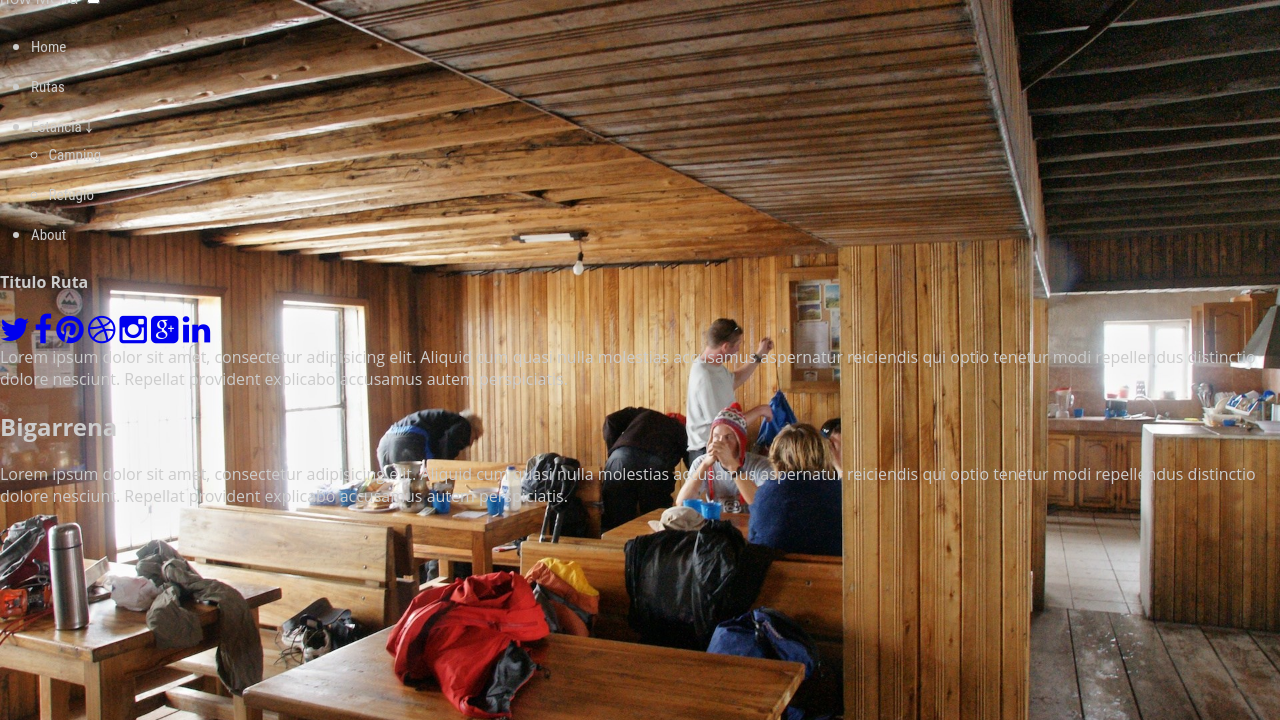
Repository: Croqueta-OPS/proyecto-pyrenees
Page: alojamiento2.html
The author's editor kept a record of every edit. The page is drawn from the files as they stood at one moment, then again after the next edit.
The browser window is 1280 px wide. The pictures show the whole page.

Above is the page before.

After the next edit:
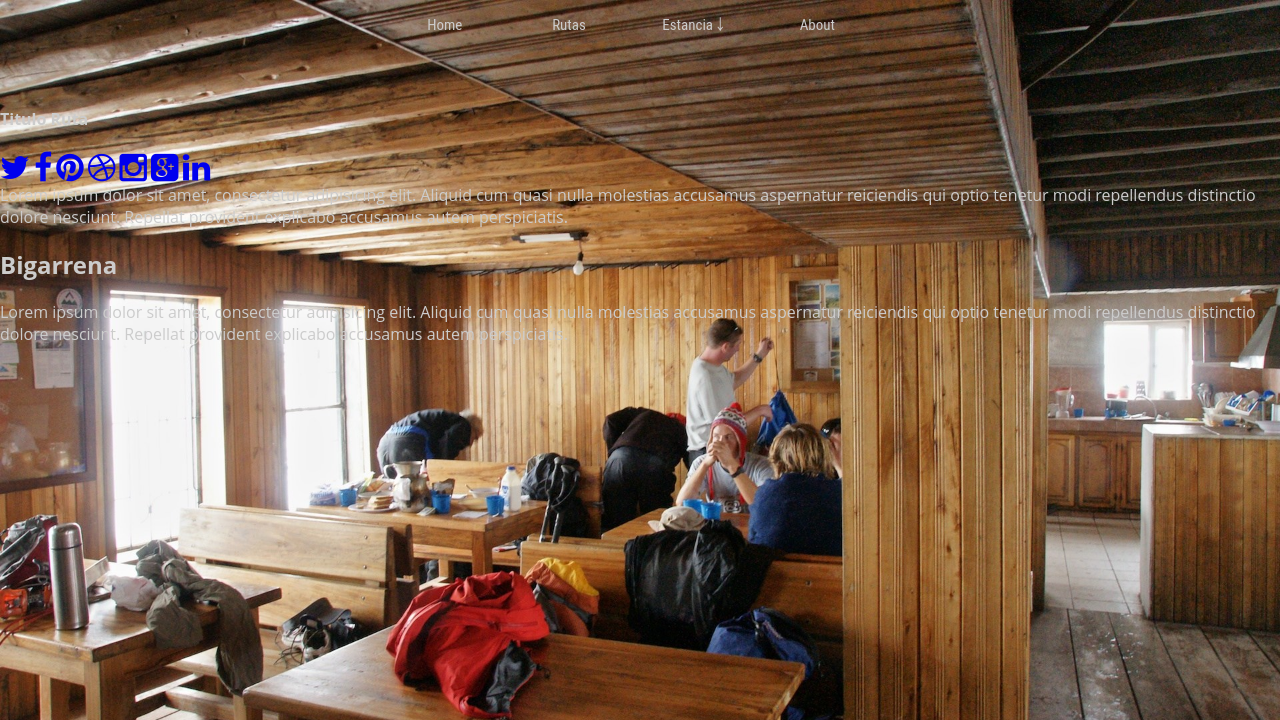
The edit:
--- a/alojamiento2.html
+++ b/alojamiento2.html
@@ -7,7 +7,7 @@
 		<title>Pyrenoise</title>
 		<link rel="stylesheet" href="css/refugio.css" />
 		<link rel="stylesheet" id="font-awesome-css" href="css/fonts/font-awesome/css/font-awesome.min.css" type="text/css" media="screen">
-
+	    <link rel="stylesheet" href="css/menu.css">
 
 	    <div class="navegador">
 			<label for="show-menu" class="show-menu">Show Menu</label>
